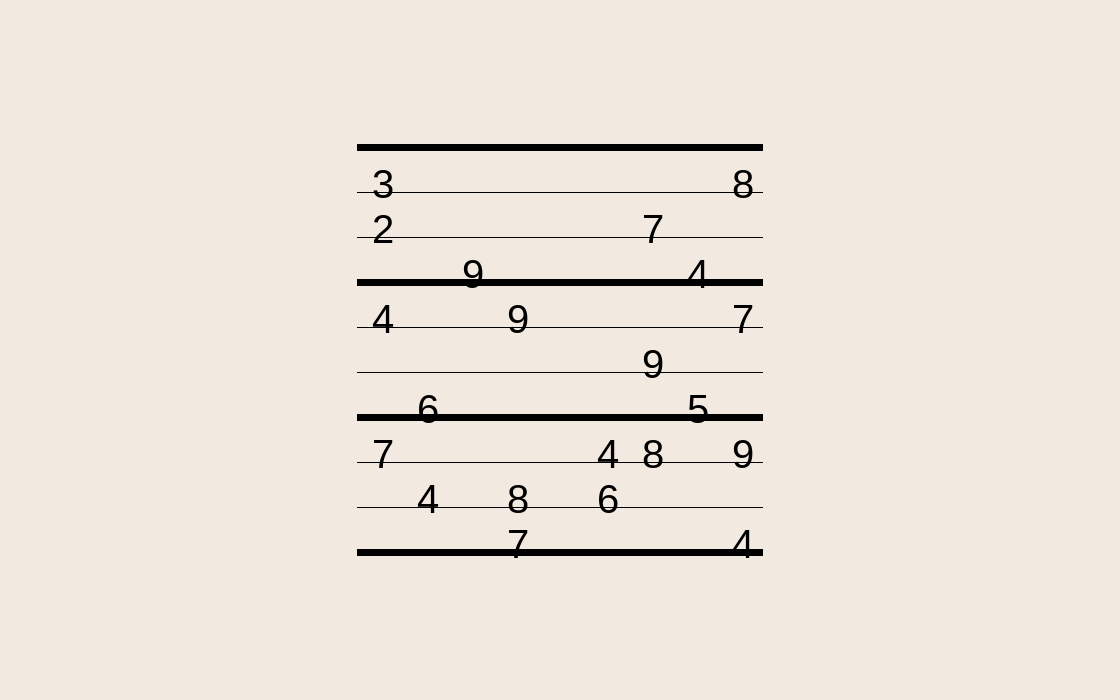
Repository: JensVL96/Puzzle-solver-for-fun
Script's output: python sudoku.py
An editor plug-in stored every save of this project. The script's output is shown before and after the next save, followed by the edit.
The window is shown after at most 60 frames with no key pressed. A system font it names is replaced by a similar one. Random numbers start from a fixed seed.

Above is the script's output before, as saved 2020-11-08 11:24:26.

### sudoku.py
# -*- coding: utf-8 -*-
from __future__ import print_function
from config import *
from create_board import *
from solve_bloard import *
from display_board import *

from string import *
from math import floor
import pygame as pg
import numpy as np

# For error highlighting
def set_highlight(row, col, blk, lock):
    global input_lock
    input_lock = lock
    global row_index
    row_index = row
    global col_index
    col_index = blk
    global blk_index
    blk_index = col

def get_cord(pos):
    global box_index_x
    box_index_x = int((pos[0] - TOP_LX)//BLOCK_SIZE)
    global box_index_y
    box_index_y = int((pos[1] - TOP_LY)//BLOCK_SIZE)


def valid(grid, x, y, val):
    input_lock = 0
    row = col = blk = (0, 0)

    for index in range(9):
        # Check if value in column
        if grid[x][index] == val:
            col = (x, index)
            input_lock = 1

        # Check if value in row
        if grid[index][y] == val:
            row = (index, y)
            input_lock = 1

    # Finds the block
    index_x = x // 3 # integer division
    index_y = y // 3

    # Check if value in block
    for i in range(index_x * 3, index_x * 3 + 3):
        for j in range (index_y * 3, index_y * 3 + 3):
            if grid[i][j] == val:
                blk = (i, j)
                input_lock = 1

    if input_lock == 1:
        set_highlight(row, col, blk, input_lock)
        return False

    return True

def valid_cdt(cdt_list, val):
    if type(cdt_list) == int:   # ignore
        return True

    if len(cdt_list) > 9:
        return False
    else:
        for iter in cdt_list:
            if iter == val:
                return False

    return True

class Main():
    def __init__(self):
        self.board = []
        self.run()

    def run(self):
        pg.init()
        self.screen = pg.display.set_mode(SCREEN_RES)
        pg.display.set_caption('Sudoku solver')

        display = Display_board(self.screen)

        val = 0
        blink = False
        alpha = 1
        a_change = True
        blink_color = GREEN
        candidates = []

        get_cord(INITIAL_CORDS)
        set_highlight(INITIAL_CORDS, INITIAL_CORDS, INITIAL_CORDS, INITIAL_LOCK)

        board = create_board().board

        while 1:
            for event in pg.event.get():
                if event.type == pg.QUIT or (event.type == pg.KEYDOWN and event.key == pg.K_ESCAPE):
                    exit()
                if event.type == pg.MOUSEBUTTONDOWN and input_lock != 1:
                    pos = pg.mouse.get_pos()
                    get_cord(pos)

                    # Checks if selection is on the board
                    if pos[0] < TOP_LX or pos[1] < TOP_LY or pos[0] > int(BOT_RX) or pos[1] > int(BOT_RY):
                        blink = False
                    else:
                        blink = True
                if event.type == pg.KEYDOWN and input_lock != 1:
                    if event.key == pg.K_1:
                        val = 1
                    if event.key == pg.K_2:
                        val = 2
                    if event.key == pg.K_3:
                        val = 3
                    if event.key == pg.K_4:
                        val = 4
                    if event.key == pg.K_5:
                        val = 5
                    if event.key == pg.K_6:
                        val = 6
                    if event.key == pg.K_7:
                        val = 7
                    if event.key == pg.K_8:
                        val = 8
                    if event.key == pg.K_9:
                        val = 9
                    if event.key == pg.K_BACKSPACE:
                        board[int(box_index_x)][int(box_index_y)] = 0
                elif event.type == pg.KEYDOWN and input_lock == 1:
                    if event.key == pg.K_BACKSPACE:
                        val = 0
                        set_highlight(INITIAL_CORDS, INITIAL_CORDS, INITIAL_CORDS, INITIAL_LOCK)
                        blink_color = GREEN
                        board[int(box_index_x)][int(box_index_y)] = 0

            if val != 0:
                # display.draw_val(val, box_index_x, box_index_y)
                candidates = []
                print("value: ", val,"occupying position: ", board[box_index_x][box_index_y])

                if valid(board, box_index_x, box_index_y, val):
                    if type(board[box_index_x][box_index_y]) == 0:  # No candidates
                        board[box_index_x][box_index_y] = val
                    elif type(board[box_index_x][box_index_y]) == int: # Switching from number to list
                        candidates.append(val)
                        board[box_index_x][box_index_y] = candidates
                    elif valid_cdt(board[box_index_x][box_index_y], val): # Adding candidate to list
                        candidates = board[box_index_x][box_index_y]
                        candidates.append(val)
                        board[box_index_x][box_index_y] = candidates


            # Draws the screen
            pg.draw.rect(self.screen, BLACK, (0, 0, self.screen.get_width(), self.screen.get_height()))
            self.screen.fill(BEIGE)

            # find the cell selected
            cell = display.find_cell(box_index_x, box_index_y)

            # Draws the board
            display.draw(board, cell)

            # Check if cell is selected
            if blink:
                blink = display.blink(alpha, a_change)
                alpha = blink[0]
                a_change = blink[1]
                myRect = pg.Rect(cell)

                rectSurf = pg.Surface(myRect.size, pg.SRCALPHA)
                rectSurf.fill(blink_color)
                rectSurf.set_alpha(alpha)
                self.screen.blit(rectSurf, (myRect.x, myRect.y))

            # Check if incorrect input
            if input_lock == 1 and val != 0:
                display.update(board, row_index, col_index, blk_index)
                blink_color = RED

            val = 0

            # display.draw_box()

            pg.display.update()


        self.solution = solve_board(board)

        self.solution.assign_flags(board)

if __name__ == '__main__':
    Main()

### config.py


#   Screen info
SCREEN_HEIGHT = 700
SCREEN_WIDTH = int(SCREEN_HEIGHT * 1.6)
SCREEN_RES = (SCREEN_WIDTH, SCREEN_HEIGHT)

#   Colours
BLACK = (0,0,0)
GREY = (50,50,50)
GREEN = (0,255,0)
RED = (255, 0, 0)
WHITE = (255,255,255)
BEIGE = (242,234,224)

# Box info
BORDER_SIZE = 405
BLOCK_SIZE = BORDER_SIZE / 9
CELL_SIZE = BLOCK_SIZE / 9
# Corner coordinates
TOP_LX = (SCREEN_WIDTH / 2) - (BORDER_SIZE / 2)
TOP_LY = (SCREEN_HEIGHT / 2) - (BORDER_SIZE / 2)
TOP_RX = (SCREEN_WIDTH / 2) + (BORDER_SIZE / 2)
TOP_RY = (SCREEN_HEIGHT / 2) - (BORDER_SIZE / 2)
BOT_LX = (SCREEN_WIDTH / 2) - (BORDER_SIZE / 2)
BOT_LY = (SCREEN_HEIGHT / 2) + (BORDER_SIZE / 2)
BOT_RX = (SCREEN_WIDTH / 2) + (BORDER_SIZE / 2)
BOT_RY = (SCREEN_HEIGHT / 2) + (BORDER_SIZE / 2)

# Numbers
CANDIDATE_SIZE = 20
NUMBER_SIZE = 40
BOLD = 50

# Blinking
BLINK_SPEED = 0.3
BLINK_COLOR = GREEN
ERROR_COLOR = RED

INITIAL_CORDS = (-1, -1)
INITIAL_LOCK = 0

### create_board.py
from random import sample

class create_board():
    def __init__(self):
        self.base  = 3  # Will generate any size of random sudoku board in O(n^2) time
        self.side  = self.base * self.base
        self.nums  = sample(range(1, self.side + 1), self.side) # random numbers
        self.board = [[self.nums[(self.base * (r%self.base) + r//self.base + c)%self.side] for c in range(self.side) ] for r in range(self.side)]
        rows  = [ r for g in sample(range(self.base),self.base) for r in sample(range(g * self.base,(g + 1) * self.base), self.base) ]
        cols  = [ c for g in sample(range(self.base),self.base) for c in sample(range(g * self.base,(g + 1) * self.base), self.base) ]
        self.board = [[self.board[r][c] for c in cols] for r in rows]

        # print("\nInput:")
        # for line in self.board: print(line)

        squares = self.side * self.side
        empties = squares * 3//4
        for p in sample(range(squares),empties):
            self.board[p//self.side][p%self.side] = 0

        self.lines()

    def expandLine(self, line):
        return line[0]+line[5:9].join([line[1:5]*(self.base-1)]*self.base)+line[9:13]

    def lines(self):
        self.line0  = self.expandLine("╔═══╤═══╦═══╗")
        self.line1  = self.expandLine("║ . │ . ║ . ║")
        self.line2  = self.expandLine("╟───┼───╫───╢")
        self.line3  = self.expandLine("╠═══╪═══╬═══╣")
        self.line4  = self.expandLine("╚═══╧═══╩═══╝")

        self.draw()

    def draw(self):
        symbol = " 1234567890ABCDEFGHIJKLMNOPQRSTUVWXYZ"
        self.nums   = [ [""]+[symbol[n] for n in row] for row in self.board ]
        print(self.line0)
        for r in range(1,self.side+1):
            print( "".join(n+s for n,s in zip(self.nums[r-1],self.line1.split("."))) )
            print([self.line2,self.line3,self.line4][(r%self.side==0)+(r%self.base==0)])

### solve_bloard.py
class solve_board():
    def __init__(self, board):
        self.row = []
        self.col = []
        self.cell = []
        self.row_list = []
        self.col_list = []
        self.cell_list = []

        for space in range(9):
            self.col.append([])
            self.cell.append([])

        row_idx = 0
        for line in board:

            self.row.append(line)

            cell_idx = 0
            if row_idx >= 3:
                cell_idx = 3
            if row_idx >= 6:
                cell_idx = 6


            for col_idx in range(9):

                self.col[col_idx].insert(row_idx, line[col_idx])

                if col_idx % 3 == 0:
                    for triple in range(0, 3):
                        self.cell[cell_idx].insert(len(self.cell[row_idx]) + triple, line[col_idx + triple])
                    cell_idx += 1

            self.row_list.append(self.row)
            self.col_list.append(self.col)
            self.cell_list.append(self.cell)
            row_idx += 1

        print("\nrow:")
        for row in self.row_list[0]:
            print(row)
        # print("\ncolumn:")
        # for col in self.col_list[0]:
        #     print(col)
        # print("\ncell:")
        # for cell in self.cell_list[0]:
        #     print(cell)

    def assign_flags(self, board):
        self.flags = []
        row_idx = 0
        cell_idx = 0

        print("\n")
        for line in board:
            cell_idx = 0
            if row_idx >= 3:
                cell_idx = 3
            if row_idx >= 6:
                cell_idx = 6

            for index in range(9):
                # print("position: ", index, "value: ", line[index])

                # print("row", row_idx, "col", index, "cell", cell_idx)
                if (index % 3 == 0 and index != 0):
                    cell_idx += 1

                if line[index] == 0:
                    flag_idx = 0
                    temp_flag = []
                    for value in range(1, 10):
                        # print(value)
                        if self.row_flag(value, row_idx):
                            # print("found in row")
                            pass
                        elif self.col_flag(value, index):
                            # print("found in column")
                            pass
                        elif self.cell_flag(value, cell_idx):
                            # print("found in cell")
                            pass
                        else:
                            temp_flag.append(value)
                            flag_idx += 1
                    print(temp_flag)
                    self.flags.append(temp_flag)
            row_idx += 1

    def check_row(self):
        pass

    def column(self, x):
        pass

    def cell(self, row, col):
        pass

    def row_flag(self, index, row_idx):
        for row in self.row_list[0][row_idx]:
            # print("comparing in row ", row, "with ", index, "row_idx ", row_idx)
            if row == index:
                return 1
        return 0

    def col_flag(self, index, col_idx):
        for col in self.col_list[0][col_idx]:
            # print("comparing in column ", col, "with ", index, "col_idx ", col_idx)
            if col == index:
                return 1
        return 0

    def cell_flag(self, index, cell_idx):
        for cell in self.cell_list[0][cell_idx]:
            # print("comparing in cell ", cell, "with ", index, "cell_idx ", cell_idx)
            if cell == index:
                return 1
        return 0

### display_board.py
from config import *
import pygame as pg

class Display_board():
    def __init__(self, screen):
        self.screen = screen
        self.font_num = pg.font.SysFont("comicsans", NUMBER_SIZE)
        self.font_cdt = pg.font.SysFont("comicsans", CANDIDATE_SIZE)

    def draw_val(self, val, x, y):
        text1 = self.font_num.render(str(val), 1, BLACK)
        self.screen.blit(text1, (x * BLOCK_SIZE + 15, y * BLOCK_SIZE + 15))

    def draw_cdt(self, val, x, y):
        text1 = self.font_cdt.render(str(val), 1, BLACK)
        self.screen.blit(text1, (x * BLOCK_SIZE + 1, y * BLOCK_SIZE + 1))

    def on_mouse_press(self, x, y, symbol, modifier):
        pass

    def draw(self, grid, cell):
        for i in range (9):
            for j in range (9):
                if grid[i][j] != 0:
                    if type(grid[i][j]) != int:
                        self.draw_candidates(grid, cell)
                    else:
                        text1 = self.font_num.render(str(grid[i][j]), 1, BLACK)
                        self.screen.blit(text1, (TOP_LX + i * BLOCK_SIZE + 15, TOP_LY + j * BLOCK_SIZE + 14))

        size = 0
        TOPLx_coord = TOP_LX
        TOPLy_coord = TOP_LY
        TOPRy_coord = TOP_RY
        BOTLx_coord = BOT_LX
        # for i in range(10):
        #     print("\nline: ---", i, "---")
        #     print("top corner: (", TOP_LX, ",", TOP_LY, ")")
        #     if i % 3 == 0:
        #         print("thick")
        #         thick = 7
        #     else:
        #         print("thin")
        #         thick = 1

        #     if (i + 2) % 3 == 0:
        #         print("increasing size: ", i)
        #         size += 7
        #     # else:
        #     #     size = 0
        #         TOPLx_coord += BLOCK_SIZE + size
        #         TOPLy_coord += BLOCK_SIZE + size
        #         TOPRy_coord += BLOCK_SIZE + size
        #         BOTLx_coord += BLOCK_SIZE + size
        #     check_diffX = TOPLx_coord
        #     check_diffY = TOPLy_coord

        #     #       thick           Thick     thin    thin  thick   thin    thin  thick   thin    thin  thick
        #     # TOP_LX -> TOP_RX & ( TOP_LY -> BS + 7 -> BS -> BS -> BS + 7 -> BS -> BS -> BS + 7 -> BS -> BS)
        #     print("Start horizontal: ", check_diffX, "end: ", TOPLx_coord)
        #     print("line size: ", size, "block size: ", BLOCK_SIZE, "total distance: ", BLOCK_SIZE + size)
        #     print("Start vertical: ", check_diffY, "end: ", TOPLy_coord)
        #     pg.draw.line(self.screen, BLACK, (TOP_LX,
        #                                     TOPLy_coord),
        #                                     (TOP_RX,
        #                                     TOPRy_coord), thick)
        #     pg.draw.line(self.screen, BLACK, (TOPLx_coord,
        #                                     TOP_LY),
        #                                     (BOTLx_coord,
        #                                     BOT_LY), thick)

        pg.draw.line(self.screen, BLACK, (TOP_LX, TOP_LY), (TOP_RX, TOP_RY), 7)
        pg.draw.line(self.screen, BLACK, (TOP_LX, TOP_LY + 45), (TOP_RX, TOP_RY + 45), 1)
        pg.draw.line(self.screen, BLACK, (TOP_LX, TOP_LY + 45 + 45), (TOP_RX, TOP_RY + 45 + 45), 1)
        pg.draw.line(self.screen, BLACK, (TOP_LX, TOP_LY + 45 + 45 + 45), (TOP_RX, TOP_RY + 45 + 45 + 45), 7)
        pg.draw.line(self.screen, BLACK, (TOP_LX, TOP_LY + 45 + 45 + 45 + 45), (TOP_RX, TOP_RY + 45 + 45 + 45 + 45), 1)
        pg.draw.line(self.screen, BLACK, (TOP_LX, TOP_LY + 45 + 45 + 45 + 45+ 45), (TOP_RX, TOP_RY + 45 + 45 + 45 + 45 + 45), 1)
        pg.draw.line(self.screen, BLACK, (TOP_LX, TOP_LY + 45 + 45 + 45 + 45 + 45 + 45), (TOP_RX, TOP_RY + 45 + 45 + 45 + 45 + 45 + 45), 7)
        pg.draw.line(self.screen, BLACK, (TOP_LX, TOP_LY + 45 + 45 + 45 + 45 + 45 + 45 + 45), (TOP_RX, TOP_RY + 45 + 45 + 45 + 45 + 45 + 45 + 45), 1)
        pg.draw.line(self.screen, BLACK, (TOP_LX, TOP_LY + 45 + 45 + 45 + 45 + 45 + 45 + 45 + 45), (TOP_RX, TOP_RY + 45 + 45 + 45 + 45 + 45 + 45 + 45 + 45), 1)
        pg.draw.line(self.screen, BLACK, (TOP_LX, TOP_LY + 45 + 45 + 45 + 45 + 45 + 45 + 45 + 45 + 45), (TOP_RX, TOP_RY + 45 + 45 + 45 + 45 + 45 + 45 + 45 + 45 + 45), 7)
        # pg.draw.line(self.screen, BLACK, (TOP_LX, TOP_LY), (TOP_RX, TOP_RY), 7)
        # pg.draw.line(self.screen, BLACK, (TOP_LX, TOP_LY), (TOP_RX, TOP_RY), 7)
        # pg.draw.line(self.screen, BLACK, (TOP_LX, TOP_LY), (TOP_RX, TOP_RY), 7)
        # pg.draw.line(self.screen, BLACK, (TOP_LX, TOP_LY), (TOP_RX, TOP_RY), 7)
        # pg.draw.line(self.screen, BLACK, (TOP_LX, TOP_LY), (TOP_RX, TOP_RY), 7)
        # pg.draw.line(self.screen, BLACK, (TOP_LX, TOP_LY), (TOP_RX, TOP_RY), 7)
        # pg.draw.line(self.screen, BLACK, (TOP_LX, TOP_LY), (TOP_RX, TOP_RY), 7)
        # pg.draw.line(self.screen, BLACK, (TOP_LX, TOP_LY), (TOP_RX, TOP_RY), 7)
        # pg.draw.line(self.screen, BLACK, (TOP_LX, TOP_LY), (TOP_RX, TOP_RY), 7)
        # pg.draw.line(self.screen, BLACK, (TOP_LX, TOP_LY), (TOP_RX, TOP_RY), 7)

            # For candidate placement
            # if i % 3 == 0:
            #     print(BLOCK_SIZE)
            #     pg.draw.line(self.screen, BLACK, (cell[0],
            #                                     cell[1] + i * (cell[2] / 9)),
            #                                     ((cell[0] + cell[2]),
            #                                     cell[1] + i * (cell[2] / 9)), 1)
            #     pg.draw.line(self.screen, BLACK, (cell[0] + i * (cell[3] / 9),
            #                                     cell[1]),
            #                                     (cell[0] + i * (cell[3] / 9),
            #                                     cell[1] + cell[3]), 1)

    def draw_candidates(self, grid, cell):
        new_line = 1
        iteration = 1
        indent = 15
        for number in grid[i][j]:
            if iteration % 3 == 1:    # Checking if first in line: 1, 4, 7
                text1 = self.font_cdt.render(str(number), 1, BLACK)
                self.screen.blit(text1, (cell[0] + 3, cell[1] + ((new_line - 1) * indent) + 2))
            else:
                text1 = self.font_cdt.render(str(number), 1, BLACK)
                self.screen.blit(text1, (cell[0] + ((iteration - 1) * indent) + 3, cell[1] + ((new_line - 1) * indent) + 2))
            if iteration % 3 == 0:      # checking if last in line: 3, 6
                new_line += 1
                iteration = 0

            iteration += 1


    def update(self, grid, row, col, blk):
        font_val = pg.font.SysFont("comicsans", BOLD)

        if row != (-1, -1):
            # Remove old number
            text1 = self.font_num.render(str(grid[row[0]][row[1]]), 1, WHITE)
            self.screen.blit(text1, (TOP_LX + row[0] * BLOCK_SIZE + 15, TOP_LY + row[1] * BLOCK_SIZE + 15))

            # Rewrite in bigger font
            text1 = font_val.render(str(grid[row[0]][row[1]]), 1, BLACK)
            self.screen.blit(text1, (TOP_LX + row[0] * BLOCK_SIZE + 14, TOP_LY + row[1] * BLOCK_SIZE + 10))

        if col != (-1, -1):
            # Remove old number
            text1 = self.font_num.render(str(grid[col[0]][col[1]]), 1, WHITE)
            self.screen.blit(text1, (TOP_LX + col[0] * BLOCK_SIZE + 15, TOP_LY + col[1] * BLOCK_SIZE + 15))

            # Rewrite in bigger font
            text1 = font_val.render(str(grid[col[0]][col[1]]), 1, BLACK)
            self.screen.blit(text1, (TOP_LX + col[0] * BLOCK_SIZE + 14, TOP_LY + col[1] * BLOCK_SIZE + 10))

        if blk != (-1, -1):
            # Remove old number
            text1 = self.font_num.render(str(grid[blk[0]][blk[1]]), 1, WHITE)
            self.screen.blit(text1, (TOP_LX + blk[0] * BLOCK_SIZE + 15, TOP_LY + blk[1] * BLOCK_SIZE + 15))

            # Rewrite in bigger font
            text1 = font_val.render(str(grid[blk[0]][blk[1]]), 1, BLACK)
            self.screen.blit(text1, (TOP_LX + blk[0] * BLOCK_SIZE + 14, TOP_LY + blk[1] * BLOCK_SIZE + 10))

    def find_cell(self, x, y):
        # Only applies glow when a cell is selected
        if x == -1 and y == -1:
            return

        width = BLOCK_SIZE
        height = BLOCK_SIZE

        # Adjustment in size if bordering a thick line
        if x % 3 == 0:  # If thick line on the left
            start_pos_x = TOP_LX + x * BLOCK_SIZE# + 4
            width = BLOCK_SIZE# - 4
        else:
            start_pos_x = TOP_LX + x * BLOCK_SIZE# + 1

        if (x + 1) % 3 == 0:    # If thick line on the right
            width = BLOCK_SIZE# - 3.5

        if y % 3 == 0:  # If thick line on the top
            start_pos_y = TOP_LY + y * BLOCK_SIZE + 3.5
            height = BLOCK_SIZE# - 3.5
        else:
            start_pos_y = TOP_LY + y * BLOCK_SIZE# + 1

        if (y + 1) % 3 == 0:    # If thick line on the bottom
            height = BLOCK_SIZE# - 3.5

        return (start_pos_x, start_pos_y, BLOCK_SIZE, BLOCK_SIZE)

    def blink(self, alpha, a_change):
        if a_change:
            alpha += BLINK_SPEED
            if alpha >= 175:
                a_change = False
        elif a_change == False:
            alpha += -BLINK_SPEED
            if alpha <= 30:
                a_change = True

        return (alpha, a_change)

After the next save:
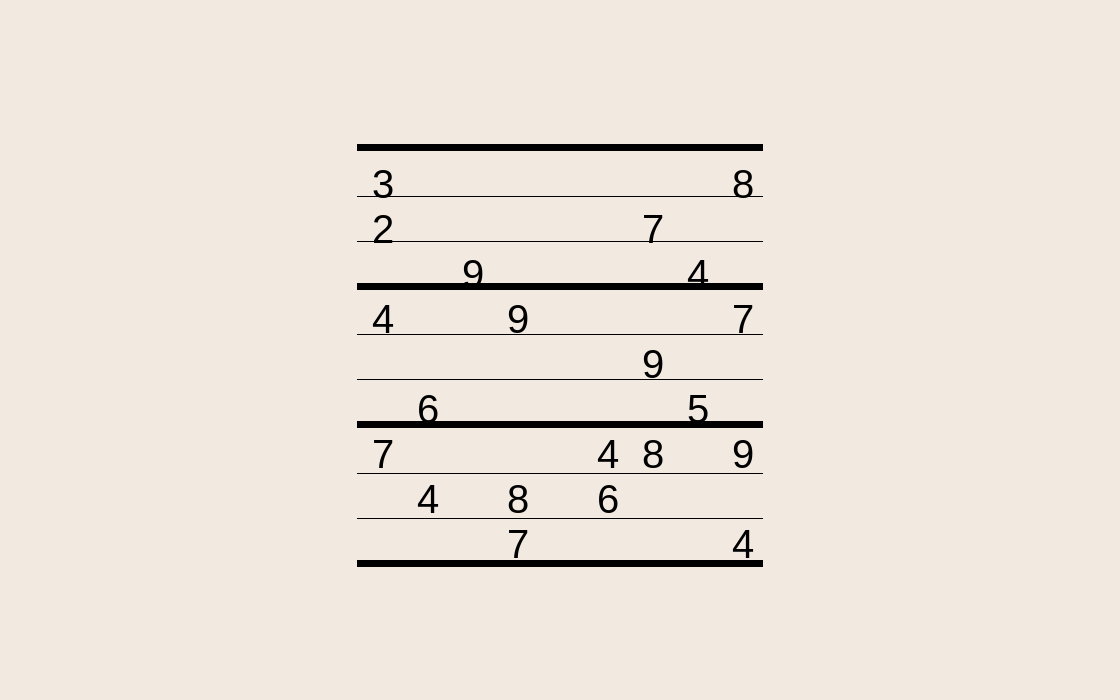
Saved 21 s later.
--- a/display_board.py
+++ b/display_board.py
@@ -70,15 +70,15 @@ class Display_board():
         #                                     BOT_LY), thick)
 
         pg.draw.line(self.screen, BLACK, (TOP_LX, TOP_LY), (TOP_RX, TOP_RY), 7)
-        pg.draw.line(self.screen, BLACK, (TOP_LX, TOP_LY + 45), (TOP_RX, TOP_RY + 45), 1)
-        pg.draw.line(self.screen, BLACK, (TOP_LX, TOP_LY + 45 + 45), (TOP_RX, TOP_RY + 45 + 45), 1)
-        pg.draw.line(self.screen, BLACK, (TOP_LX, TOP_LY + 45 + 45 + 45), (TOP_RX, TOP_RY + 45 + 45 + 45), 7)
-        pg.draw.line(self.screen, BLACK, (TOP_LX, TOP_LY + 45 + 45 + 45 + 45), (TOP_RX, TOP_RY + 45 + 45 + 45 + 45), 1)
-        pg.draw.line(self.screen, BLACK, (TOP_LX, TOP_LY + 45 + 45 + 45 + 45+ 45), (TOP_RX, TOP_RY + 45 + 45 + 45 + 45 + 45), 1)
-        pg.draw.line(self.screen, BLACK, (TOP_LX, TOP_LY + 45 + 45 + 45 + 45 + 45 + 45), (TOP_RX, TOP_RY + 45 + 45 + 45 + 45 + 45 + 45), 7)
-        pg.draw.line(self.screen, BLACK, (TOP_LX, TOP_LY + 45 + 45 + 45 + 45 + 45 + 45 + 45), (TOP_RX, TOP_RY + 45 + 45 + 45 + 45 + 45 + 45 + 45), 1)
-        pg.draw.line(self.screen, BLACK, (TOP_LX, TOP_LY + 45 + 45 + 45 + 45 + 45 + 45 + 45 + 45), (TOP_RX, TOP_RY + 45 + 45 + 45 + 45 + 45 + 45 + 45 + 45), 1)
-        pg.draw.line(self.screen, BLACK, (TOP_LX, TOP_LY + 45 + 45 + 45 + 45 + 45 + 45 + 45 + 45 + 45), (TOP_RX, TOP_RY + 45 + 45 + 45 + 45 + 45 + 45 + 45 + 45 + 45), 7)
+        pg.draw.line(self.screen, BLACK, (TOP_LX, TOP_LY + 48.5), (TOP_RX, TOP_RY + 48.5), 1)
+        pg.draw.line(self.screen, BLACK, (TOP_LX, TOP_LY + 48.5 + 45), (TOP_RX, TOP_RY + 48.5 + 45), 1)
+        pg.draw.line(self.screen, BLACK, (TOP_LX, TOP_LY + 48.5 + 45 + 45), (TOP_RX, TOP_RY + 48.5 + 45 + 45), 7)
+        pg.draw.line(self.screen, BLACK, (TOP_LX, TOP_LY + 48.5 + 45 + 45 + 48.5), (TOP_RX, TOP_RY + 48.5 + 45 + 45 + 48.5), 1)
+        pg.draw.line(self.screen, BLACK, (TOP_LX, TOP_LY + 48.5 + 45 + 45 + 48.5+ 45), (TOP_RX, TOP_RY + 48.5 + 45 + 45 + 48.5 + 45), 1)
+        pg.draw.line(self.screen, BLACK, (TOP_LX, TOP_LY + 48.5 + 45 + 45 + 48.5 + 45 + 45), (TOP_RX, TOP_RY + 48.5 + 45 + 45 + 48.5 + 45 + 45), 7)
+        pg.draw.line(self.screen, BLACK, (TOP_LX, TOP_LY + 48.5 + 45 + 45 + 48.5 + 45 + 45 + 48.5), (TOP_RX, TOP_RY + 48.5 + 45 + 45 + 48.5 + 45 + 45 + 48.5), 1)
+        pg.draw.line(self.screen, BLACK, (TOP_LX, TOP_LY + 48.5 + 45 + 45 + 48.5 + 45 + 45 + 48.5 + 45), (TOP_RX, TOP_RY + 48.5 + 45 + 45 + 48.5 + 45 + 45 + 48.5 + 45), 1)
+        pg.draw.line(self.screen, BLACK, (TOP_LX, TOP_LY + 48.5 + 45 + 45 + 48.5 + 45 + 45 + 48.5 + 45 + 45), (TOP_RX, TOP_RY + 48.5 + 45 + 45 + 48.5 + 45 + 45 + 48.5 + 45 + 45), 7)
         # pg.draw.line(self.screen, BLACK, (TOP_LX, TOP_LY), (TOP_RX, TOP_RY), 7)
         # pg.draw.line(self.screen, BLACK, (TOP_LX, TOP_LY), (TOP_RX, TOP_RY), 7)
         # pg.draw.line(self.screen, BLACK, (TOP_LX, TOP_LY), (TOP_RX, TOP_RY), 7)
@@ -169,8 +169,8 @@ class Display_board():
             width = BLOCK_SIZE# - 3.5
 
         if y % 3 == 0:  # If thick line on the top
-            start_pos_y = TOP_LY + y * BLOCK_SIZE + 3.5
-            height = BLOCK_SIZE# - 3.5
+            start_pos_y = TOP_LY + y * BLOCK_SIZE# + 4
+            height = BLOCK_SIZE# - 4
         else:
             start_pos_y = TOP_LY + y * BLOCK_SIZE# + 1
 
